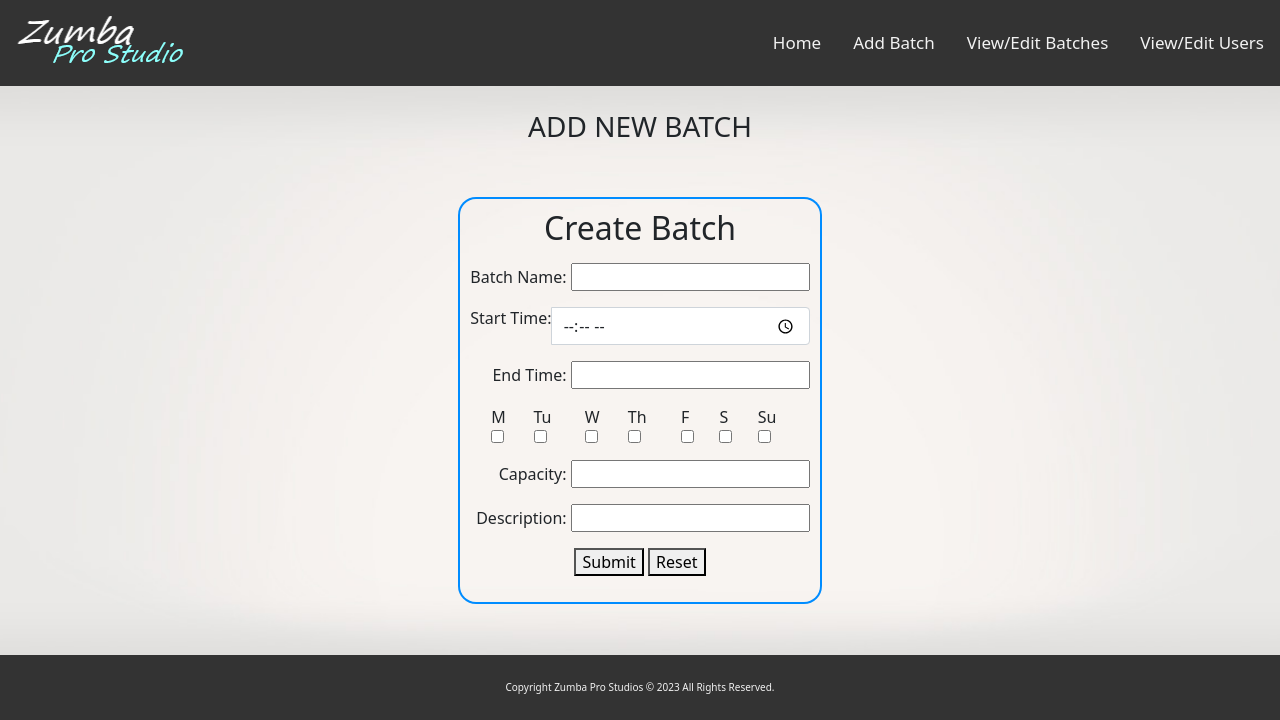
Repository: basemsamuel/Zumba
Page: http://localhost/ZumbaProStudio/addbatch.jsp
These files come from the project's save history. The page is drawn as it stood at one moment and after the next save; the edit follows.
The browser window is 1280 px wide. The pictures show the whole page.
The page is served by Tomcat 10.

Above is the page before, as saved 2023-07-30 23:39:28.

After the next save:
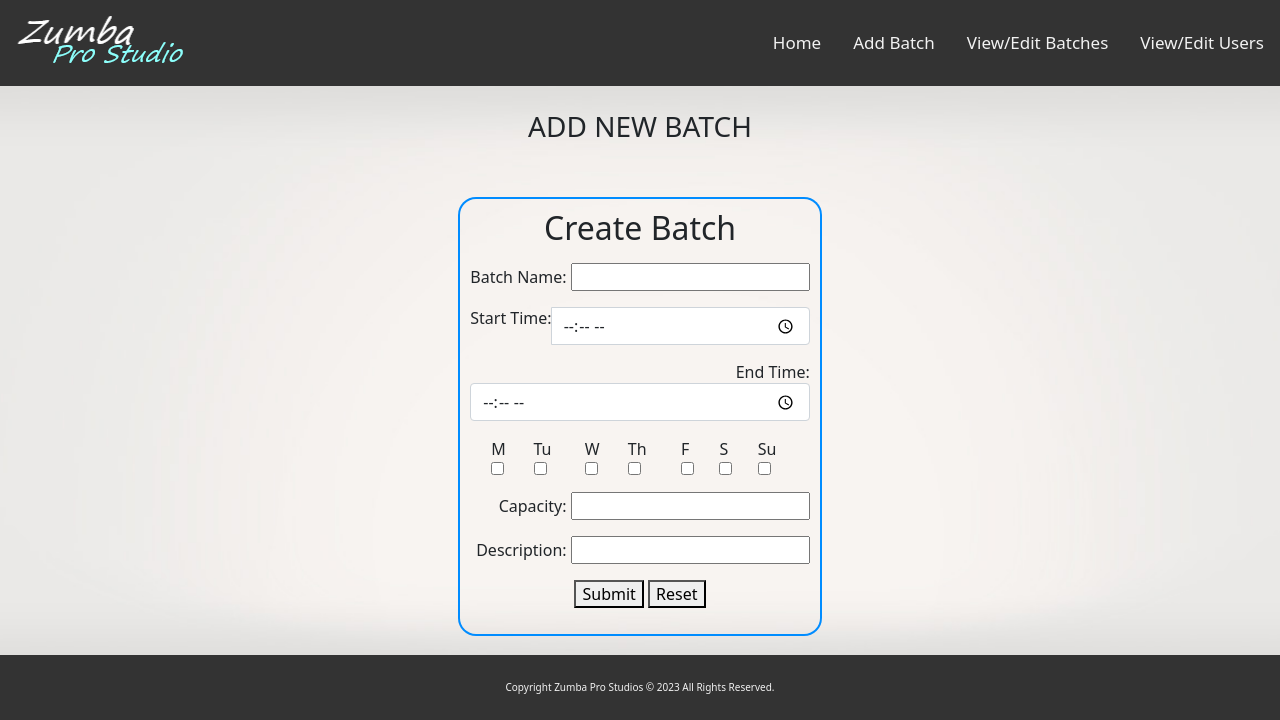
Saved 23 s later.
--- a/ZumbaProStudio/src/main/webapp/addbatch.jsp
+++ b/ZumbaProStudio/src/main/webapp/addbatch.jsp
@@ -23,7 +23,7 @@
 						        </p>
 						    </div>
 
-						    <div class='form-group'>
+						    <div>
 						        <p>
 							        <div class='right input-group date'>
 							            <label for="startDate">Start Time:</label>
@@ -37,7 +37,7 @@
 						        <p>
 							        <div class='right'>
 							            <label for="etime">End Time:</label>
-							            <input class="datepicker" data-date-format="mm/dd/yyyy" id="etime" name="etime">
+							            <input id="startDate" class="form-control" type="time" id="etime" name="etime">
 							        </div>
 						        </p>
 						    </div>
